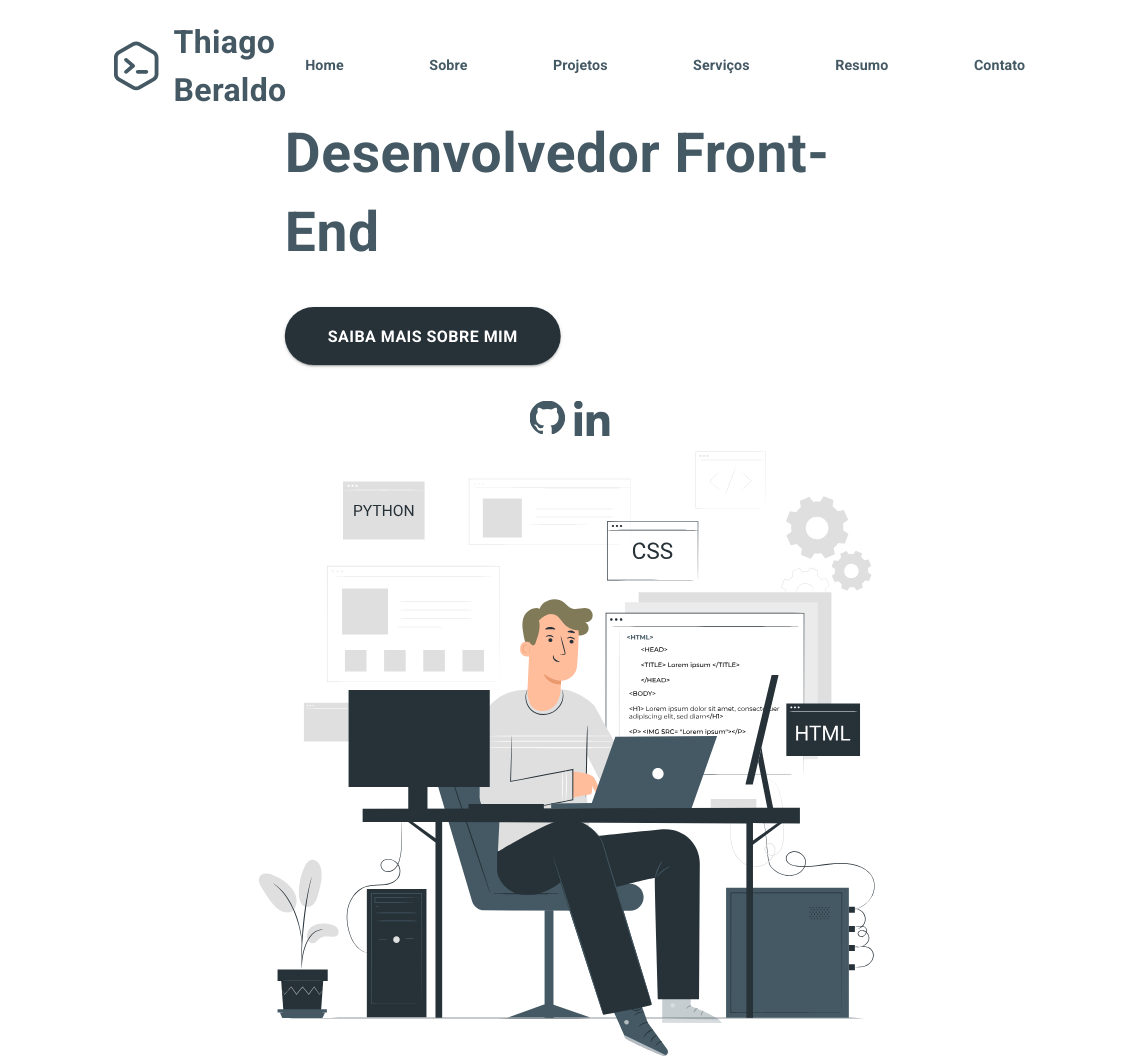
Repository: lenx0/myportfolio
Page: /
These files come from the project's save history. The page is drawn as it stood at one moment and after the next save; the edit follows.
The browser window is 1280 px wide. The pictures show the whole page, at 89% of full size.
The project was rebuilt for these pictures with package versions that can differ from the ones it lists, and the page was loaded fresh each time. Also part of the build but not shown: vite.config.js.

Above is the page before, as saved 2024-06-07 11:16:49.

### index.html
<!doctype html>
<html lang="en">
  <head>
    <meta charset="UTF-8" />
    <link href="https://fonts.googleapis.com/css2?family=Roboto:wght@400;700&display=swap" rel="stylesheet">
    <meta name="viewport" content="width=device-width, initial-scale=1.0" />
    <title>Portfólio</title>
  </head>
  <body>
    <div id="root"></div>
    <script type="module" src="/src/main.jsx"></script>
  </body>
</html>

### src/main.jsx
import React from "react";
import ReactDOM from "react-dom/client";
import App from "./App.jsx";
import { ThemeProvider } from "@emotion/react";
import theme from "./components/Styles/theme.js";

ReactDOM.createRoot(document.getElementById("root")).render(
  <React.StrictMode>
    <ThemeProvider theme={theme}>
      <App />
    </ThemeProvider>
  </React.StrictMode>
);

### src/App.jsx
import { Box } from "@mui/material";
import Header from "./components/Header";
import "./global.css";
import Home from "./components/Home";

function App() {
  return (
    <Box
      sx={{
        margin: "0 10% 0 10%",
      }}
    >
      <Header />
      <Home />
    </Box>
  );
}

export default App;

### src/components/Styles/theme.js
import { createTheme } from "@mui/material";

const theme = createTheme({
    breakpoints: {
      values: {
        xs: 0,
        sm: 600,
        md: 1300,
        lg: 1200,
        xl: 1375
      },
    },
  });

  export default theme

### src/components/Header/index.jsx
import { Typography, Box } from "@mui/material";
import Logo from "/assets/logos/logo.svg";

export default function Header() {
  const menuItems = [
    "Home",
    "Sobre",
    "Projetos",
    "Serviços",
    "Resumo",
    "Contato",
  ];

  return (
    <>
      <Box
        component="header"
        sx={{
          display: "flex",
          alignItems: "center",
          justifyContent: "space-between",
          mt: "20px",
        }}
      >
        <Box display="flex">
          <Box component="img" src={Logo}></Box>
          <Typography
            sx={{
              fontSize: 36,
              color: "#445964",
              fontWeight: 700,
              ml: 2,
            }}
          >
            Thiago Beraldo
          </Typography>
        </Box>

        <Box
          sx={{
            display: "flex",
            gap: "96px",
            color: "#445964",
          }}
        >
          {menuItems.map((item) => (
            <Typography sx={{ cursor: "pointer", fontWeight: 700 }} key={item}>
              {item}
            </Typography>
          ))}
        </Box>
      </Box>
    </>
  );
}

### src/global.css
body {
    margin: 0;
    padding: 0;
    box-sizing: border-box;
    font-family: 'Roboto', sans-serif;
}

### src/components/Home/index.jsx
import { Box, Button, Grid, Typography } from "@mui/material";
import HomeArt from "/assets/images/Art1.svg";
import Github from "/assets/icons/Github.svg";
import Linkedin from "/assets/icons/Linkedin.svg";

const Home = () => {
  return (
    <Grid
      container
      direction={{ xl: "row", lg: "column" }}
      alignItems="center"
      spacing={{ xl: 2, lg: 0 }}
      wrap={{ xl: "nowrap" }}
    >
      <Grid item>
        <Typography
          variant="body2"
          sx={{
            fontSize: 62,
            fontWeight: 700,
            color: "#445964",
            flexShrink: 1,
            mb: 5,
            maxWidth: "50vw",
          }}
        >
          Desenvolvedor Front-End
        </Typography>
        <Button
          variant="contained"
          sx={{
            fontSize: 18,
            fontWeight: 700,
            backgroundColor: "#263138",
            width: 310,
            height: 65,
            borderRadius: 20,
            mb: 5,
          }}
        >
          Saiba mais sobre mim
        </Button>
      </Grid>
      <Box
        sx={{
          display: "flex",
          justifyContent: "flex-start",
          marginTop: "auto",
          gap: "10px",
        }}
      >
        <Box>
          <img src={Github} />
        </Box>
        <Box>
          <img src={Linkedin} />
        </Box>
      </Box>
      <Grid item>
        <img src={HomeArt} alt="Home Art" />
      </Grid>
    </Grid>
  );
};

export default Home;

After the next save:
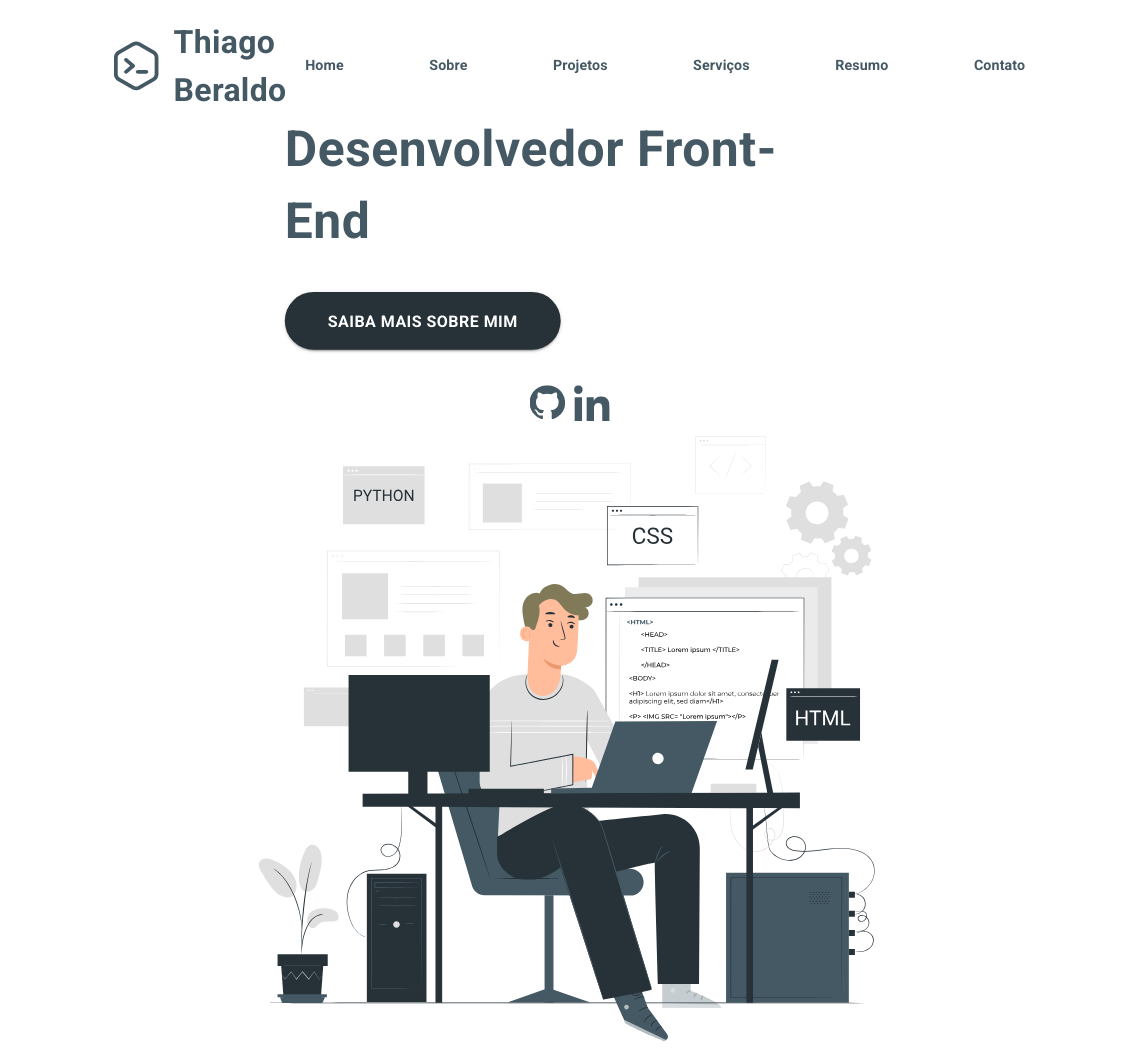
Saved 112 s later.
--- a/src/components/Home/index.jsx
+++ b/src/components/Home/index.jsx
@@ -16,7 +16,7 @@
         <Typography
           variant="body2"
           sx={{
-            fontSize: 62,
+            fontSize: { xs: "2rem", sm: "2.5rem", md: "3rem", lg: "3.5rem", xl: "4rem" },
             fontWeight: 700,
             color: "#445964",
             flexShrink: 1,
